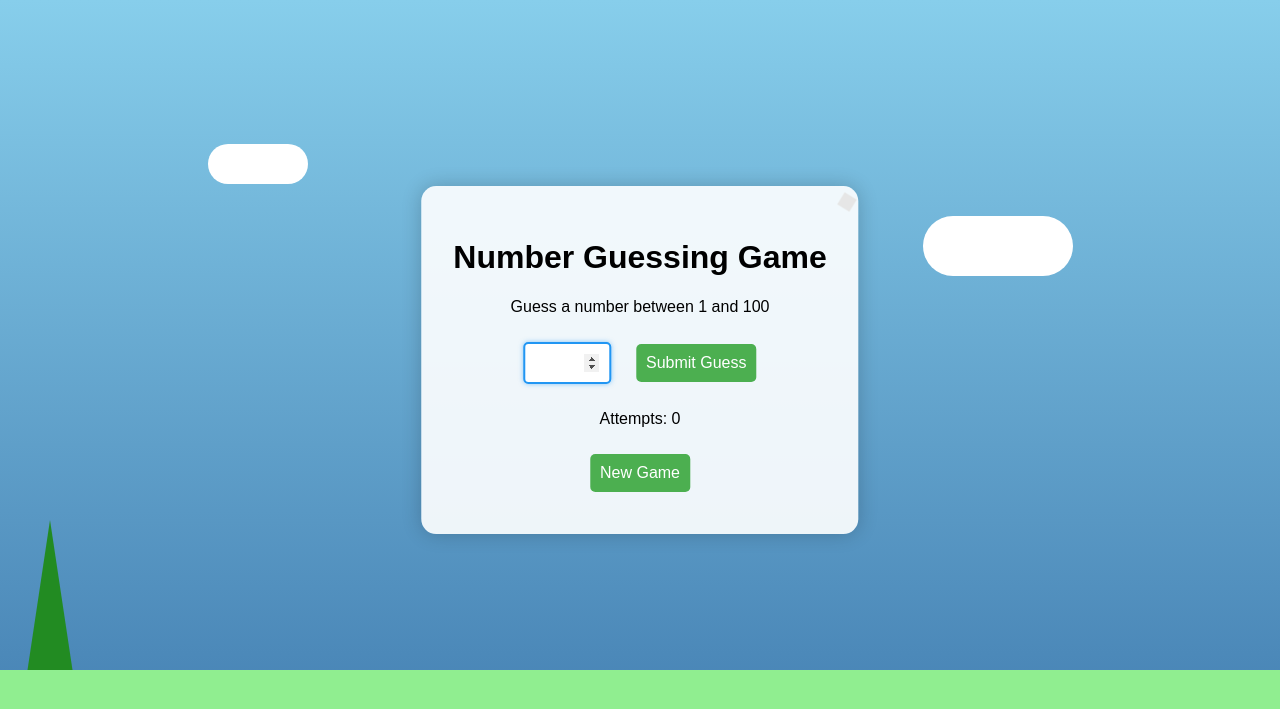
Repository: TasnimulIntazamAsif/NumberGuess
Page: game.html
These files come from the project's save history. The page is drawn as it stood at one moment and after the next save; the edit follows.
The browser window is 1280 px wide. The pictures show the whole page.

Above is the page before, as saved 2025-01-05 15:34:32.

After the next save:
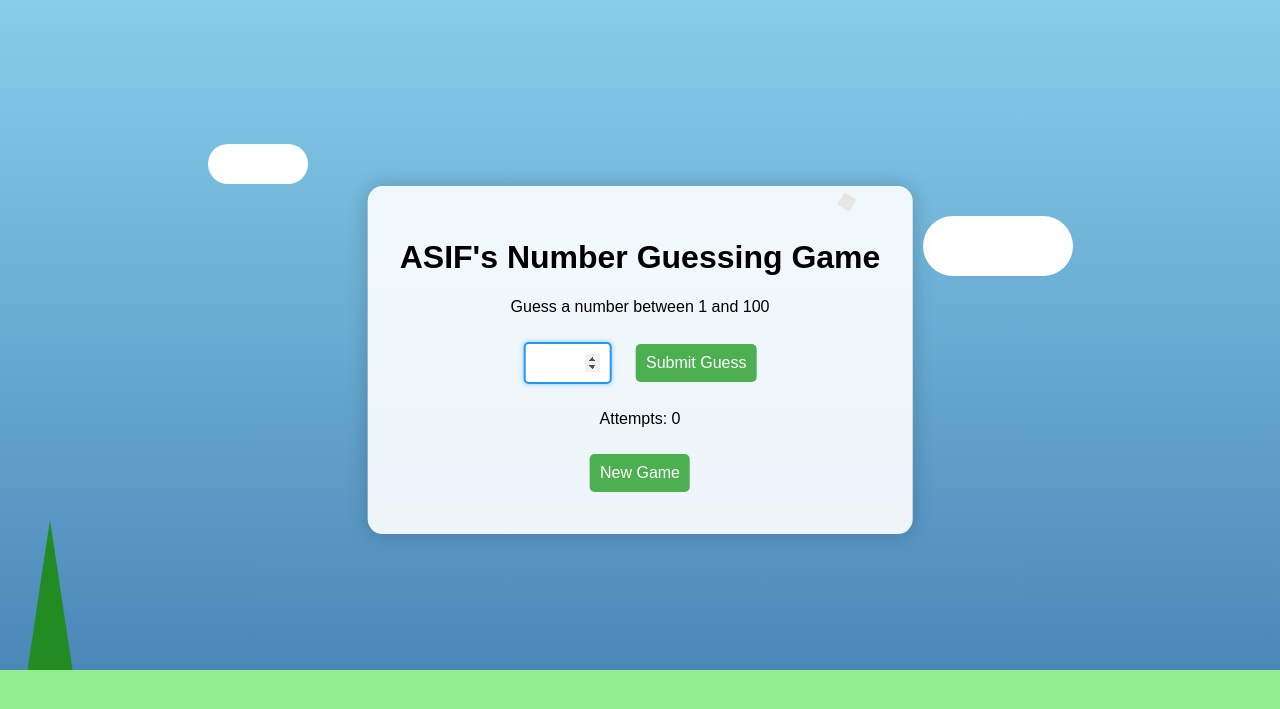
Saved 4 days later.
--- a/game.html
+++ b/game.html
@@ -3,13 +3,13 @@
 <head>
     <meta charset="UTF-8">
     <meta name="viewport" content="width=device-width, initial-scale=1.0">
-    <title>Number Guessing Game</title>
+    <title>ASIF's Number Guessing Game</title>
     <link rel="stylesheet" href="style.css">
 </head>
 <body>
     <div class="container">
         <div class="game-box">
-            <h1>Number Guessing Game</h1>
+            <h1>ASIF's Number Guessing Game</h1>
             <p>Guess a number between 1 and 100</p>
             <input type="number" id="guessInput" min="1" max="100">
             <button onclick="checkGuess()">Submit Guess</button>
